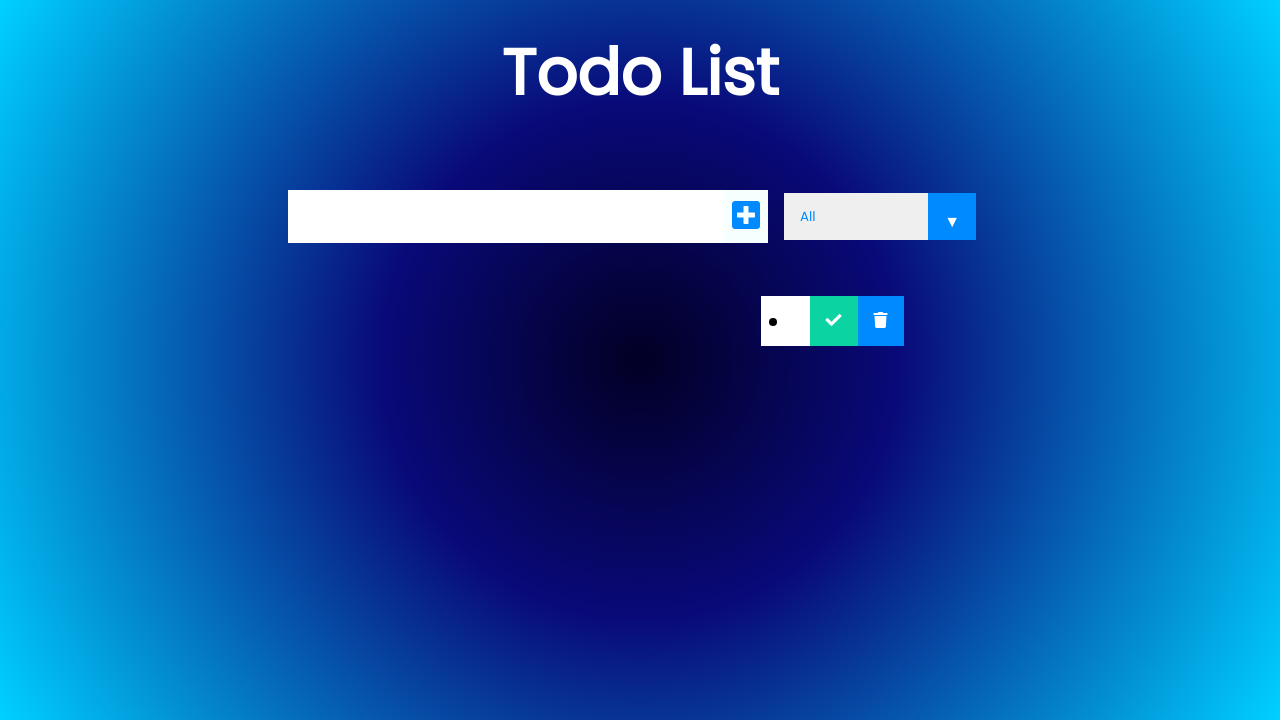
Repository: chellshelove/WADS_Assignment_TodoApp
Page: /
An editor plug-in stored every save of this project. The page is shown before and after the next save, followed by the edit.
The browser window is 1280 px wide. The pictures show the whole page.
Some web libraries are served in a nearby version. The project was rebuilt for these pictures with package versions that can differ from the ones it lists, and the page was loaded fresh each time.

Above is the page before, as saved 2023-03-09 20:59:03.

### src/App.js
import React, {useState} from 'react';
import './App.css';
//importing components
import Form from './components/Form';
import TodoList from './components/TodoList';

function App() {
  const [inputText, setInputText] = useState("");
  const [todos, setTodos] = useState([]);
  return (
    <div className="todo-app">
      <header>
        <h1>Todo List</h1>
      </header>
      <Form inputText={inputText} todos={todos} setTodos={setTodos} setInputTtext={setInputText}/>
      <TodoList />
    </div>
  );
}

export default App;

### src/App.css
* {
  margin: 0;
  padding: 0;
  box-sizing: border-box;
}
body {
  background-image: radial-gradient(circle, rgba(2,0,36,1) 0%, rgba(9,9,121,1) 35%, rgba(0,209,255,1) 100%);
  color: white;
  font-family: "Poppins", sans-serif;
  min-height: 100vh;
}
header {
  font-size: 2rem;
}

header,
form {
  min-height: 20vh;
  display: flex;
  justify-content: center;
  align-items: center;
}
form input,
form button {
  padding: 0.5rem;
  font-size: 2rem;
  border: none;
  background: white;
}
form button {
  color: #008aff;
  background: #f7fffe;
  cursor: pointer;
  transition: all 0.3s ease;
}
form button:hover {
  background: #00ddff;
  color: white;
}
.todo-container {
  display: flex;
  justify-content: center;
  align-items: center;
}

.todo-list {
  min-width: 30%;
  list-style: none;
}

.todo {
  margin: 0.5rem;
  background: white;
  font-size: 1.5rem;
  color: black;
  display: flex;
  justify-content: space-between;
  align-items: center;
  transition: all 1s ease;
}
.filter-todo {
  padding: 1rem;
}
.todo li {
  flex: 1;
}

.trash-btn,
.complete-btn {
  background: #008aff;
  color: white;
  border: none;
  padding: 1rem;
  cursor: pointer;
  font-size: 1rem;
}
.complete-btn {
  background: rgb(11, 212, 162);
}
.todo-item {
  padding: 0rem 0.5rem;
}

.fa-trash,
.fa-check {
  pointer-events: none;
}

.fall {
  transform: translateY(10rem) rotateZ(20deg);
  opacity: 0;
}

.completed {
  text-decoration: line-through;
  opacity: 0.5;
}

/*CUSTOM SELECTOR */
select {
  -webkit-appearance: none;
  -moz-appearance: none;
  -ms-appearance: none;
  appearance: none;
  outline: 0;
  box-shadow: none;
  border: 0 !important;
  background-image: none;
}

/* Custom Select */
.select {
  margin: 1rem;
  position: relative;
  overflow: hidden;
}
select {
  color: #008aff;
  font-family: "Poppins", sans-serif;
  cursor: pointer;
  width: 12rem;
}
/* Arrow */
.select::after {
  content: "\25BC";
  position: absolute;
  top: 0;
  right: 0;
  padding: 1rem;
  background: #008aff;
  cursor: pointer;
  pointer-events: none;
}
/* Transition */
/*
.select:hover::after {
  transform: scale(1.5);
}
*/

### src/components/Form.js
import React from 'react'

const Form = ({setInputText, todos, setTodos, inputText}) => {
    const inputTextHandler = (e) => {
        console.log(e.target.value);
        setInputText(e.target.value);
    };
    const submitTodoHandler = (e) => {
        e.preventDefault();
        setTodos = ([
            ...todos, {text: inputText, completed: false, id: Math.random() * 10000},
        ]);
        setInputText("");
    };
    return(
        <form>
      <input
      //value = {inputText}
      onChange={inputTextHandler} type="text" className="todo-input" />
      <button onClick={submitTodoHandler} className="todo-button" type="submit">
        <i className="fas fa-plus-square"></i>
      </button>
      <div className="select">
        <select name="todos" className="filter-todo">
          <option value="all">All</option>
          <option value="completed">Completed</option>
          <option value="uncompleted">Uncompleted</option>
        </select>
      </div>
    </form>
    );
}

export default Form;

### src/components/TodoList.js
import React from 'react';
import Todo from './Todo';

const TodoList = () => {
    return(
        <div className="todo-container">
      <ul className="todo-list"></ul>
      <Todo />
    </div>
    );
};

export default TodoList;

### src/components/Todo.js
import React from 'react'

const Todo = () => {
    return(
        <div className="todo">
            <li className="todo-item"></li>
            <button className="complete-btn">
                <i className="fas fa-check"></i>
            </button>
            <button  className="trash-btn">
                <i className="fas fa-trash"></i>
            </button>
        </div>
    );
};

export default Todo;

Loaded but not shown: public/index.html (common file); src/index.js (common file)

After the next save:
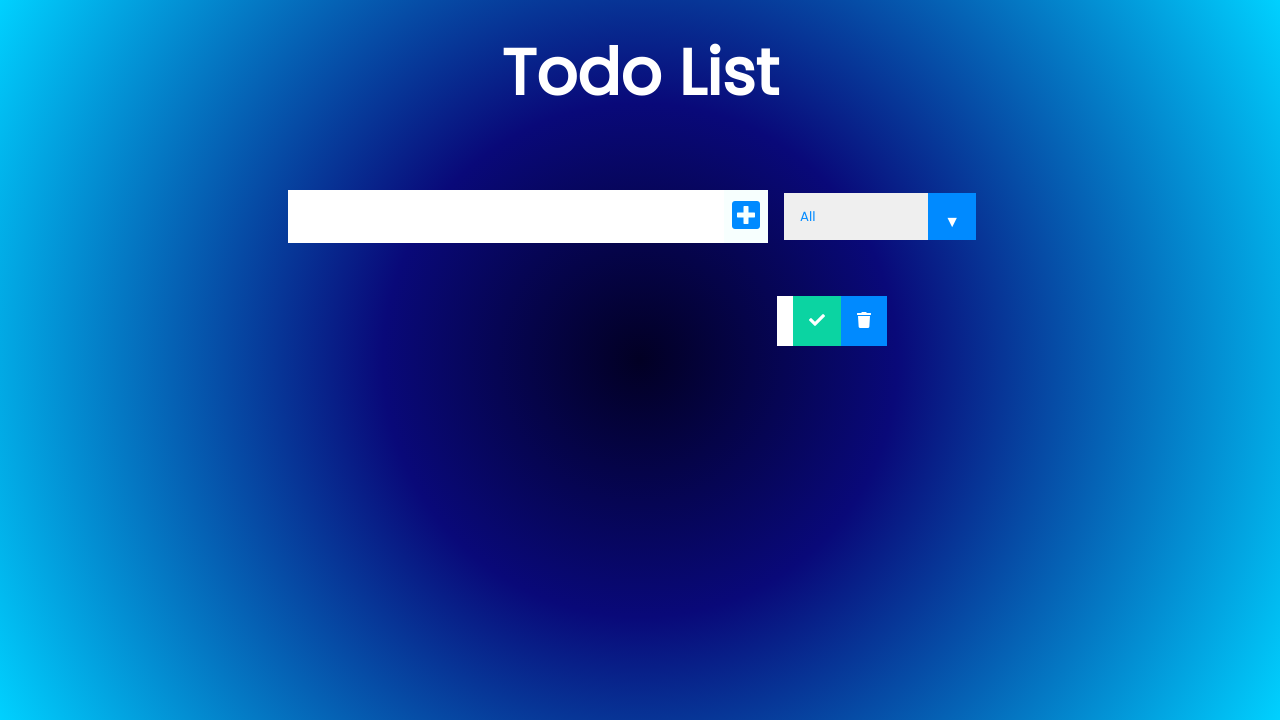
Saved 11 s later.
--- a/src/components/Todo.js
+++ b/src/components/Todo.js
@@ -3,7 +3,7 @@ import React from 'react'
 const Todo = () => {
     return(
         <div className="todo">
-            <li className="todo-item"></li>
+            <li className="todo item"></li>
             <button className="complete-btn">
                 <i className="fas fa-check"></i>
             </button>
